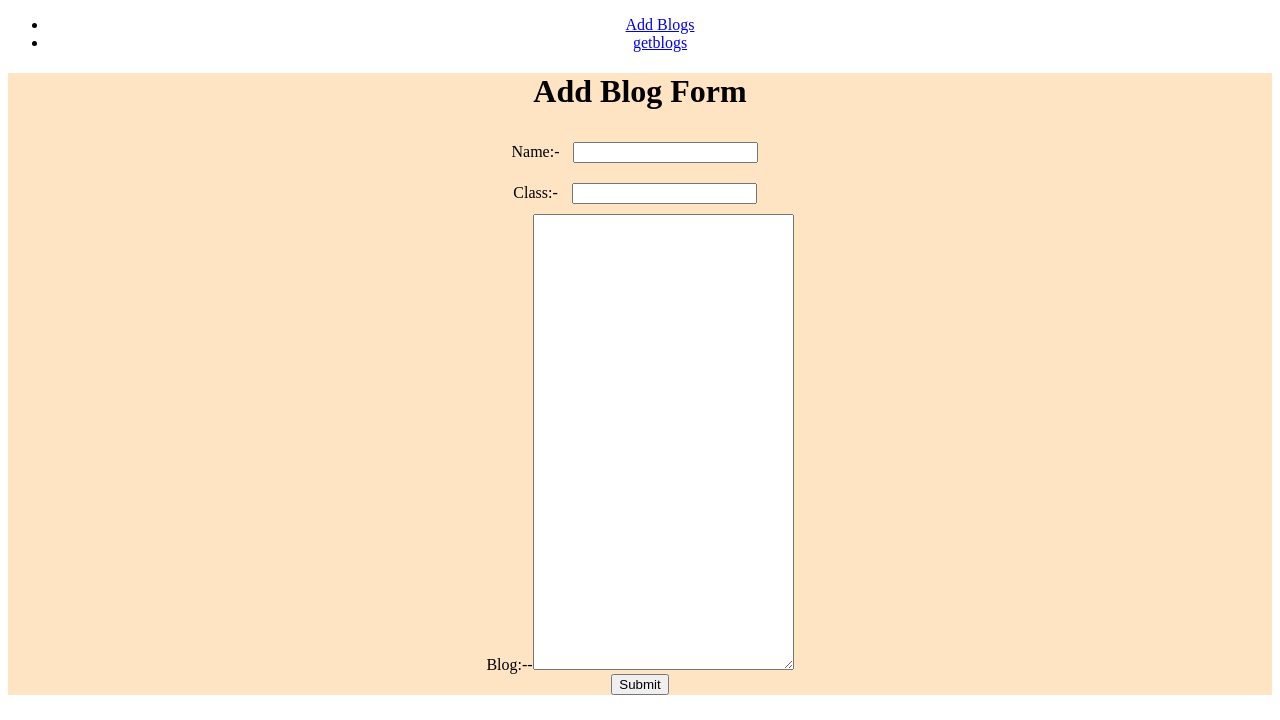
Repository: Sanskriti002/ExpressToDo
Page: public/index.html
The author's editor kept a copy of each file at every save. The page is drawn from the files as they stood at one save, then again after a run of saves.
The browser window is 1280 px wide. The pictures show the whole page.

Above is the page before, as saved 2024-03-13 11:58:10.

After the next 4 saves:
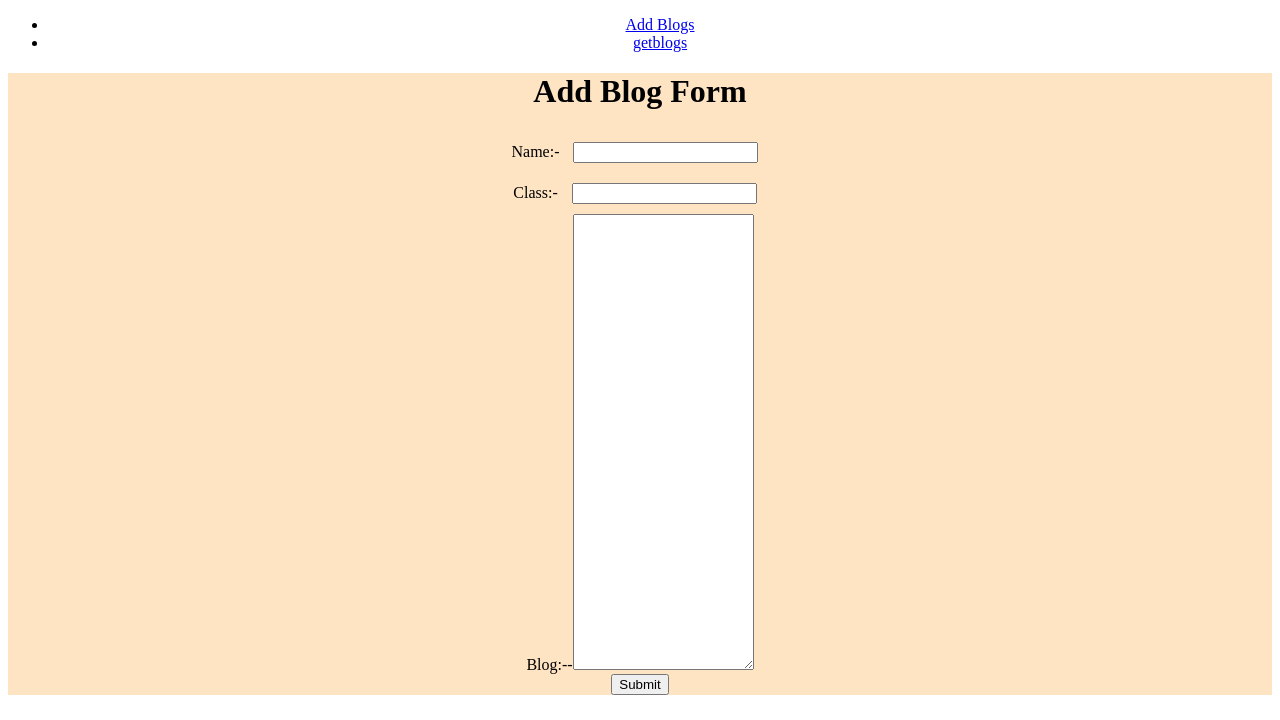
The 4 saves are shown as one change because they came seconds apart.
The last was saved 36 s later.
--- a/public/index.html
+++ b/public/index.html
@@ -27,7 +27,7 @@
         <label for="Class">Class:-</label>
         <input type="text" name="Class" id="Class"><br>
 
-        Blog:--<textarea name="blog" id="blog" cols="30" rows="30"></textarea><br>
+        Blog:--<textarea name="blog" id="blog" cols="20" rows="30"></textarea><br>
 
         <button>Submit</button>
 
